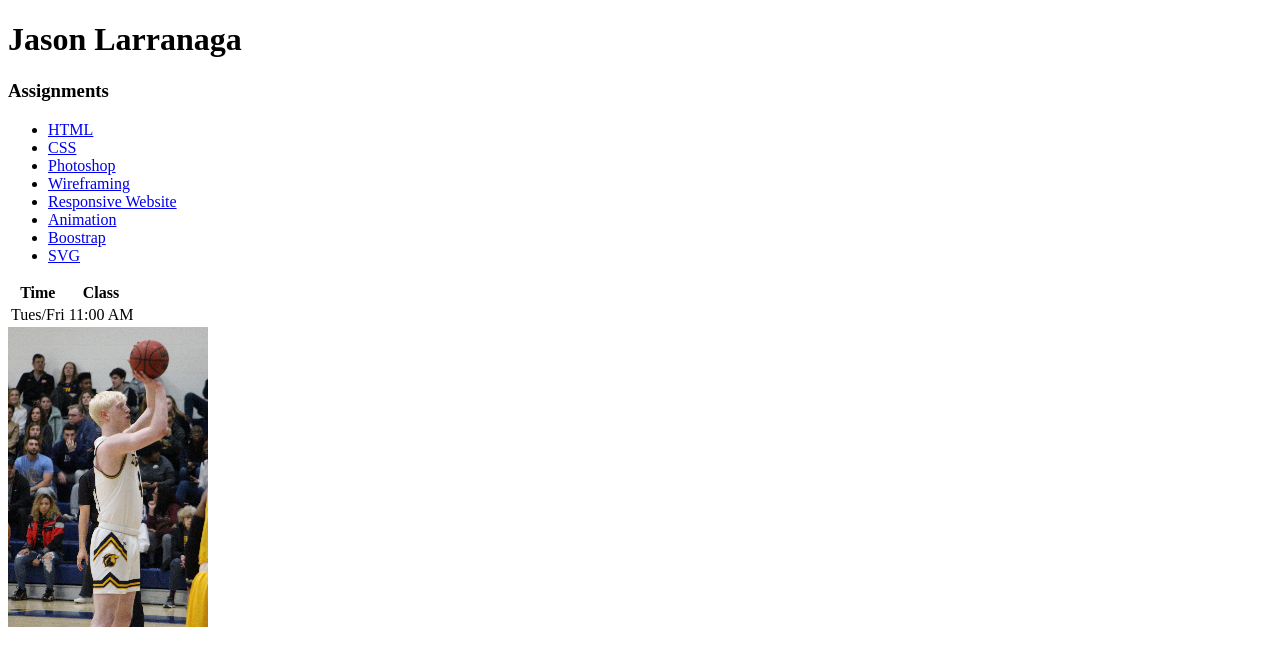
Repository: larranj1/my_website
Page: index.html
The author's editor kept a record of every edit. The page is drawn from the files as they stood at one moment, then again after the next edit.
The browser window is 1280 px wide. The pictures show the whole page.

Above is the page before.

### index.html
<!DOCTYPE html>
<h1> Jason Larranaga </h1>
<html>
    <head>

    </head>
    <body>

        <h3> Assignments </h3>
        <ul>
           <li> <a href = "assignments/html/index.html"> HTML </a> </li>
           <li> <a href = "assignments/css/index.html"> CSS </a> </li>
           <li> <a href = "assignments/photoshop/index.html"> Photoshop </a> </li>
           <li> <a href = "assignments/wireframing/index.html"> Wireframing </a> </li>
           <li> <a href = "assignments/responsive_website/index.html"> Responsive Website </a> </li>
           <li> <a href = "assignments/animation/index.html"> Animation </a> </li>
           <li> <a href = "assignments/boostrap/index.html"> Boostrap </a> </li>
           <li> <a href = "assignments/svg/index.html"> SVG </a> </li>
        </ul>

    <table>
  <tr>
    <th> Time </th>
    <th> Class </th>
  </tr>
  <tr>
    <td> Tues/Fri </td>
    <td> 11:00 AM </td>
  </tr>
</table>

     <img src="me.jpg" alt="Me">
    </body>
</html>

After the next edit:
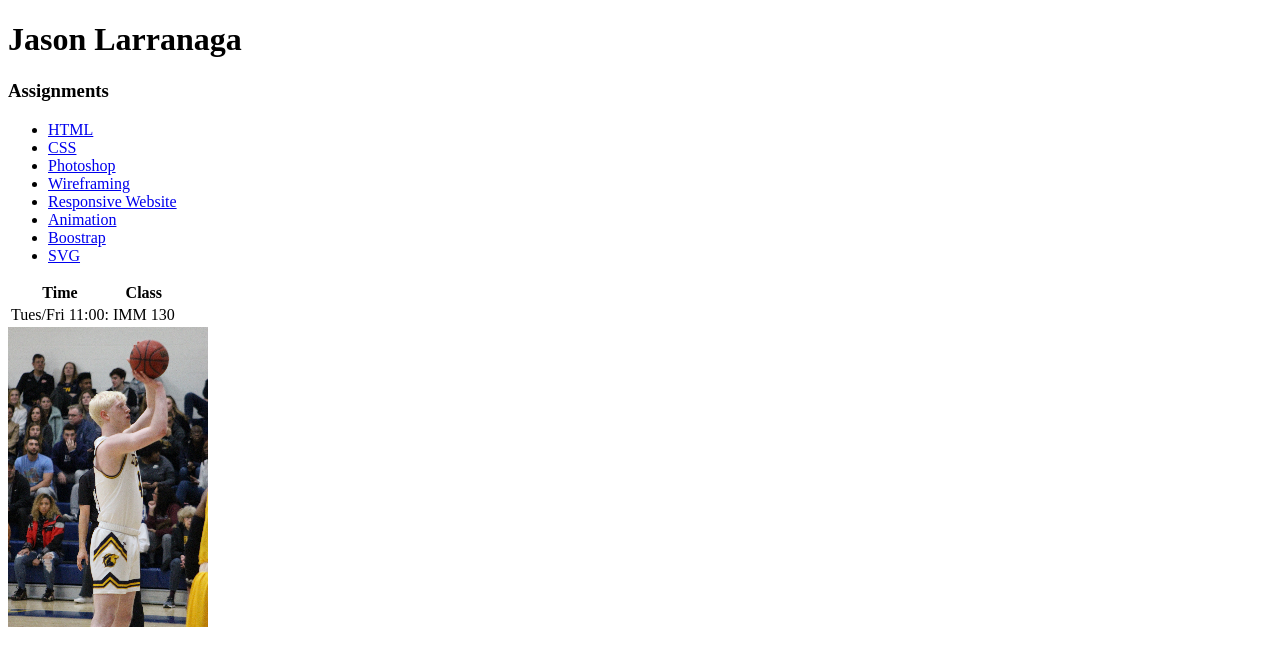
The edit:
--- a/index.html
+++ b/index.html
@@ -24,8 +24,8 @@
     <th> Class </th>
   </tr>
   <tr>
-    <td> Tues/Fri </td>
-    <td> 11:00 AM </td>
+    <td> Tues/Fri 11:00: </td>
+    <td> IMM 130 </td>
   </tr>
 </table>
 
